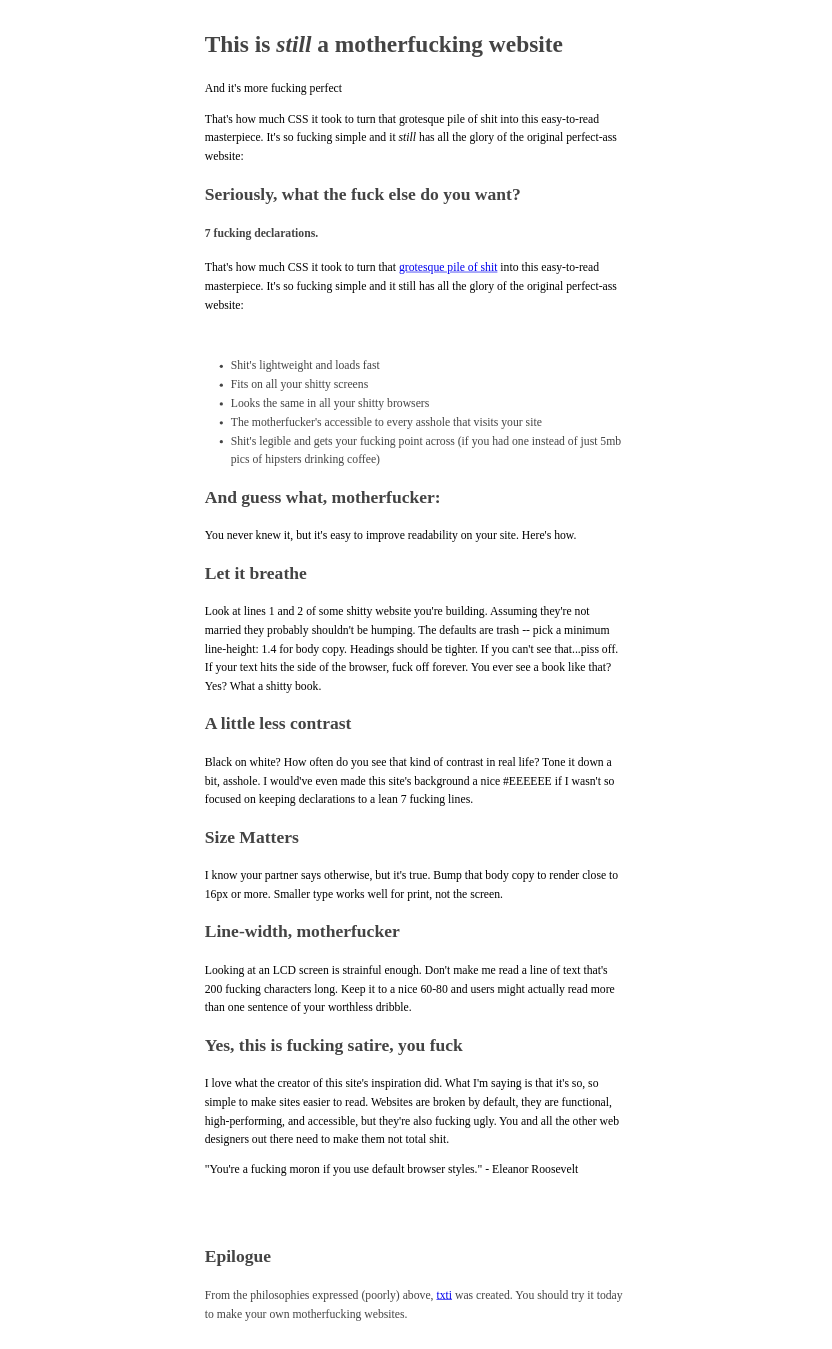
Repository: Ulrichvoitier/Refaire-Google
Page: Better MotherFuckingWebsite.html
These files come from the project's save history. The page is drawn as it stood at one moment and after the next save; the edit follows.
The browser window is 1280 px wide. The pictures show the whole page, at 65% of full size.

Above is the page before, as saved 2023-01-09 21:27:37.

### Better MotherFuckingWebsite.html
<html lang="fr">
    <head>
        <meta charset="utf-8">
        <title> <h1>This is <i>still</i> a motherfucking website </strong></h1></title>
    <link rel="stylesheet" href="style.css">
    </head>
    <body>
         <h1>This is <em>still</em> a motherfucking website </h1>
<p>And it's more fucking perfect
    <p>That's how much CSS it took to turn that grotesque pile of shit into this easy-to-read masterpiece. It's so fucking simple and it <em>still</em> has all the glory of the original perfect-ass website:</p>
<h2>Seriously, what the fuck else do you want?</h2>
<p><h4>7 fucking declarations.</h4>
</p>
<p>That's how much CSS it took to turn that <a href="file:///media/fuse/crostini_059cf6db8a76656857740c4a03e60a0393812b57_termina_penguin/MotherFuckingWebsite.html"> grotesque pile of shit</a> into this easy-to-read masterpiece. It's so fucking simple and it still has all the glory of the original perfect-ass website:</p>
<br>
    <ul>
        <li>Shit's lightweight and loads fast</li>
        <li>Fits on all your shitty screens</li>
        <li>Looks the same in all your shitty browsers</li>
        <li>The motherfucker's accessible to every asshole that visits your site</li>
        <li>Shit's legible and gets your fucking point across (if you had one instead of just 5mb pics of hipsters drinking coffee)</li>
    </ul>
    <h2>And guess what, motherfucker:</h2>
    <p>You never knew it, but it's easy to improve readability on your site. Here's how.</p>


    <h2>Let it breathe</h2>

    <p>Look at lines 1 and 2 of some shitty website you're building. Assuming they're not married they probably shouldn't be humping. The defaults are trash -- pick a minimum line-height: 1.4 for body copy. Headings should be tighter. If you can't see that...piss off.

        If your text hits the side of the browser, fuck off forever. You ever see a book like that? Yes? What a shitty book.</p>

    <h2>A little less contrast</h2>
    <p>Black on white? How often do you see that kind of contrast in real life? Tone it down a bit, asshole. I would've even made this site's background a nice #EEEEEE if I wasn't so focused on keeping declarations to a lean 7 fucking lines.</p>

    <h2>Size Matters</h2>
    <p>I know your partner says otherwise, but it's true. Bump that body copy to render close to 16px or more. Smaller type works well for print, not the screen.</p>

    <h2>Line-width, motherfucker</h2>
    <p>Looking at an LCD screen is strainful enough. Don't make me read a line of text that's 200 fucking characters long. Keep it to a nice 60-80 and users might actually read more than one sentence of your worthless dribble.</p>

    <h2>Yes, this is fucking satire, you fuck</h2>
    <p> I love what the creator of this site's inspiration did. What I'm saying is that it's so, so simple to make sites easier to read. Websites are broken by default, they are functional, high-performing, and accessible, but they're also fucking ugly. You and all the other web designers out there need to make them not total shit.
    <br>
    <p>"You're a fucking moron if you use default browser styles."
        - Eleanor Roosevelt</p>
    </p>
    <br>
    <br>
<h2>Epilogue</h2>
From the philosophies expressed (poorly) above, <a href="http://txti.es/">txti</a> was created. You should try it today to make your own motherfucking websites.
    </body>
</html>

### style.css
p{
color:black;

}
body {
    margin: 40px auto;
    max-width: 650px;
    line-height: 1.6;
    font-size: 18px;
    color: #444;
    padding: 0 10px;
}

After the next save:
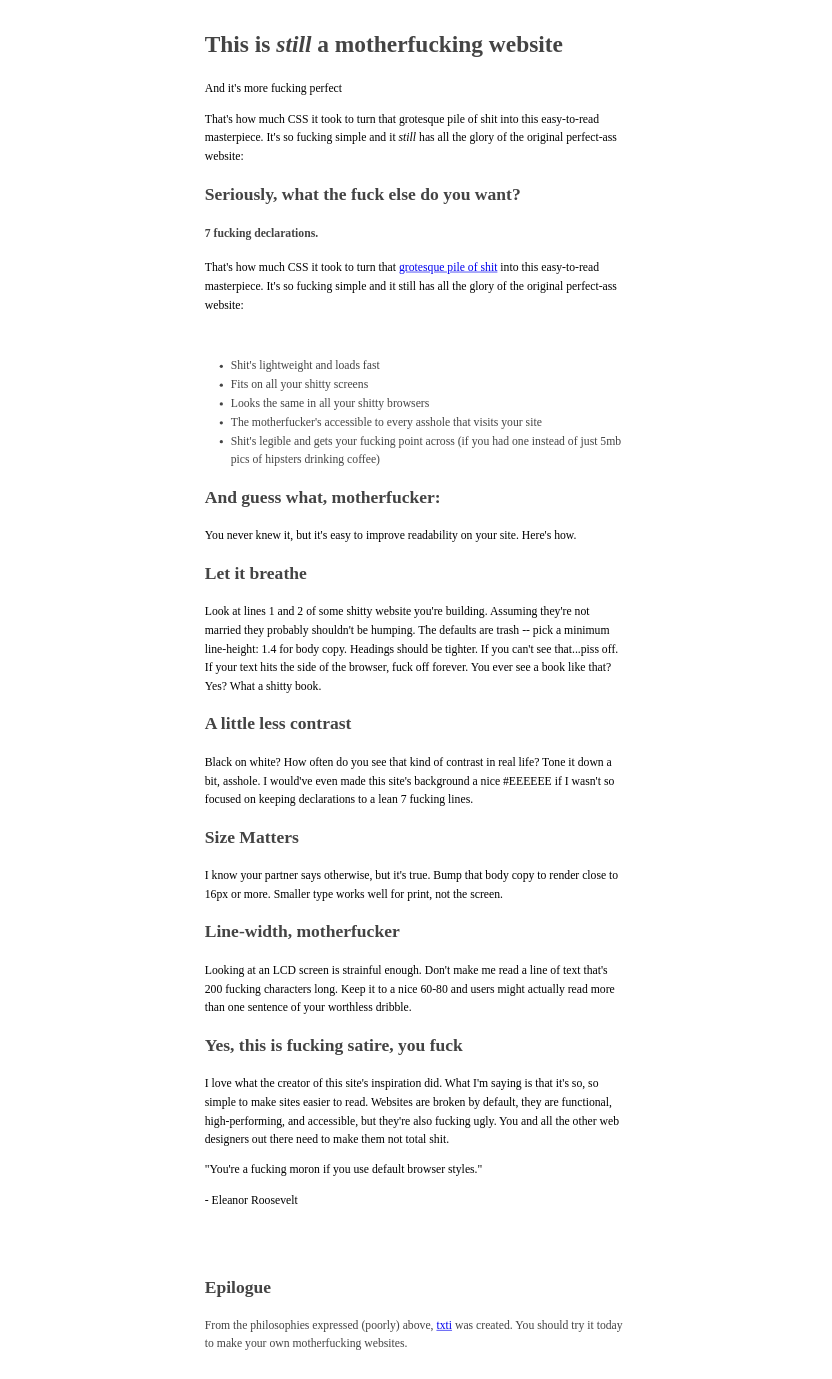
Saved 42 s later.
--- a/Better MotherFuckingWebsite.html
+++ b/Better MotherFuckingWebsite.html
@@ -42,8 +42,8 @@
     <h2>Yes, this is fucking satire, you fuck</h2>
     <p> I love what the creator of this site's inspiration did. What I'm saying is that it's so, so simple to make sites easier to read. Websites are broken by default, they are functional, high-performing, and accessible, but they're also fucking ugly. You and all the other web designers out there need to make them not total shit.
     <br>
-    <p>"You're a fucking moron if you use default browser styles."
-        - Eleanor Roosevelt</p>
+    <p>"You're a fucking moron if you use default browser styles."</p>
+        <p>- Eleanor Roosevelt</p>
     </p>
     <br>
     <br>
